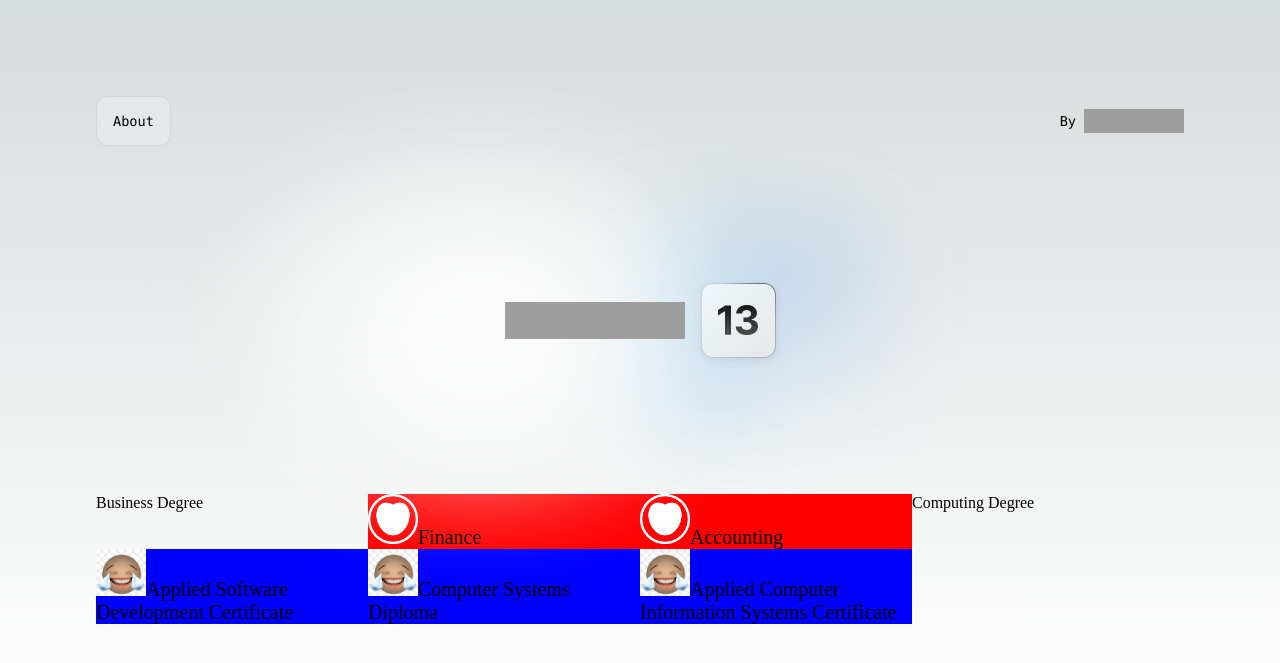
Repository: karthur1/class-example-3
Page: /
An editor plug-in stored every save of this project. The page is shown before and after the next save, followed by the edit.
The browser window is 1280 px wide. The pictures show the whole page.
Pictures or frames that could not be fetched are drawn as grey boxes. The project was rebuilt for these pictures with package versions that can differ from the ones it lists, and the page was loaded fresh each time. The framework's server and built-in components were replaced by stand-ins that run in the browser. Also part of the build but not shown: next.config.js.

Above is the page before, as saved 2023-01-20 23:25:24.

After the next save:
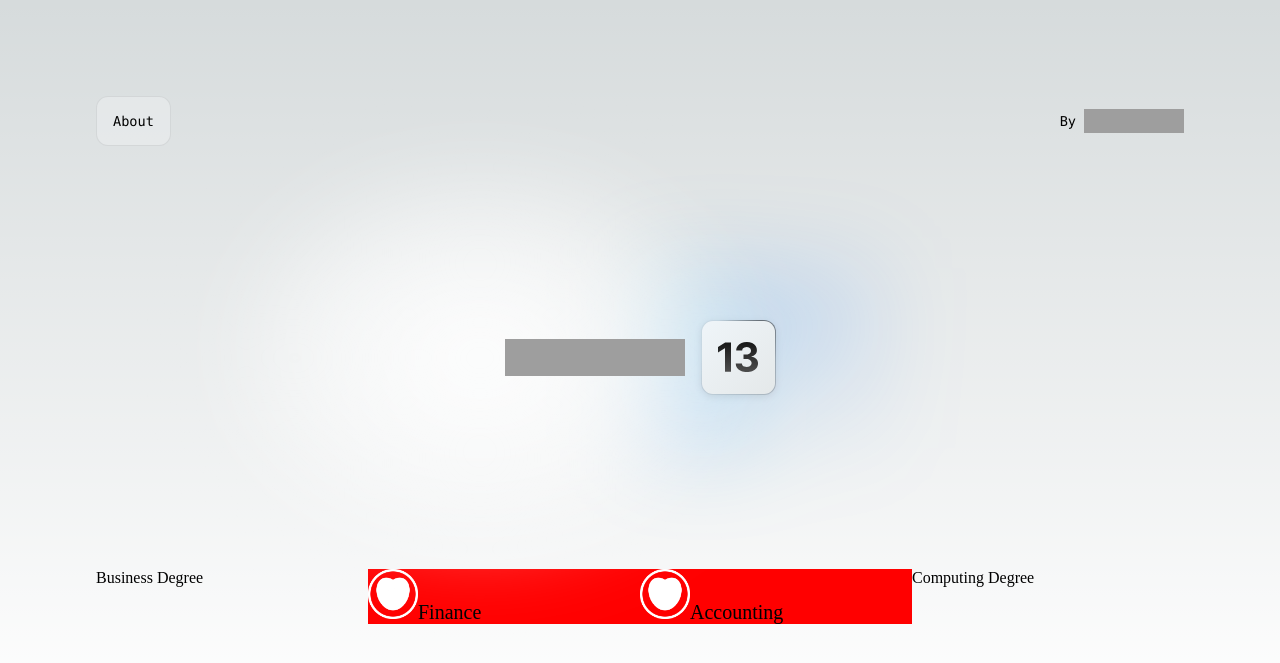
Saved 74 s later.
--- a/pages/index.js
+++ b/pages/index.js
@@ -80,7 +80,7 @@
         })}
                   <div>Computing Degree</div>
           {information && information.map((info, index) => {
-            if(info.department === "Computing") {
+            if(info.department === "Finance") {
 
              return(
               <Card key={index} degree={info.degree} colour="blue" font="20px"/>
